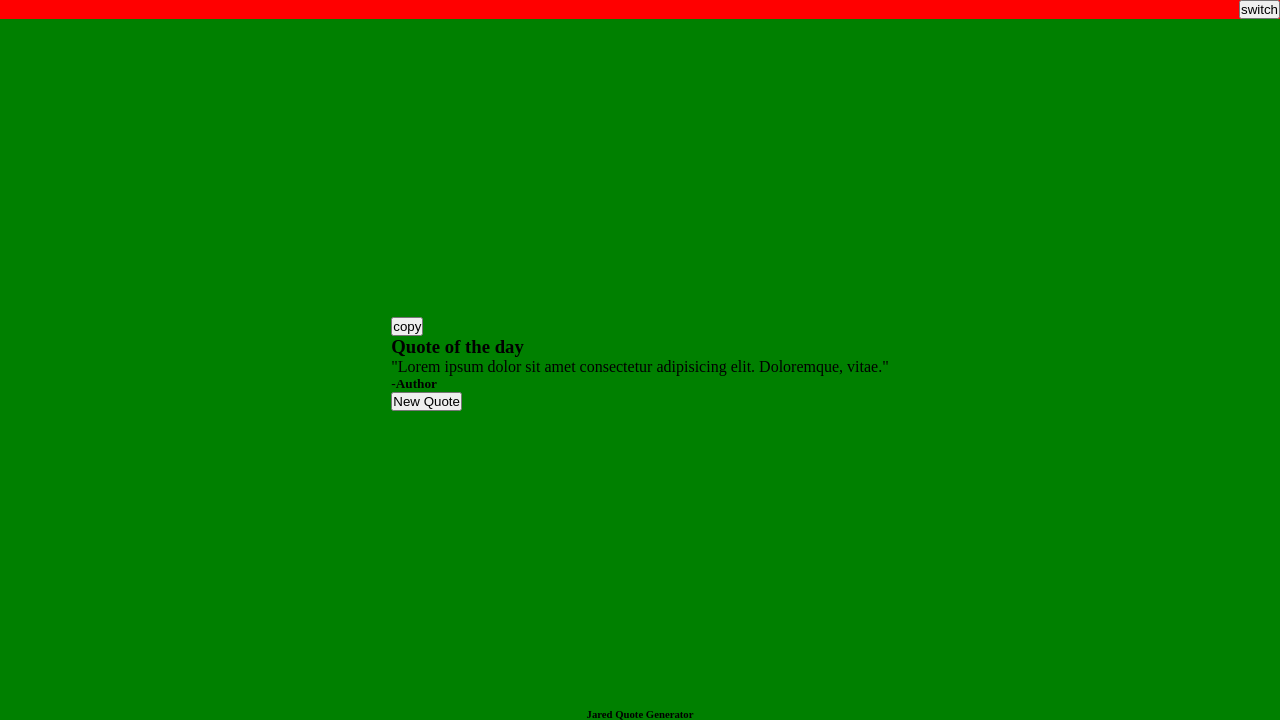
Repository: EguJaredoBoyd/Jared-Quote-Generator
Page: html/main.html
These files come from the project's save history. The page is drawn as it stood at one moment and after the next save; the edit follows.
The browser window is 1280 px wide. The pictures show the whole page.

Above is the page before, as saved 2026-01-09 00:31:28.

After the next save:
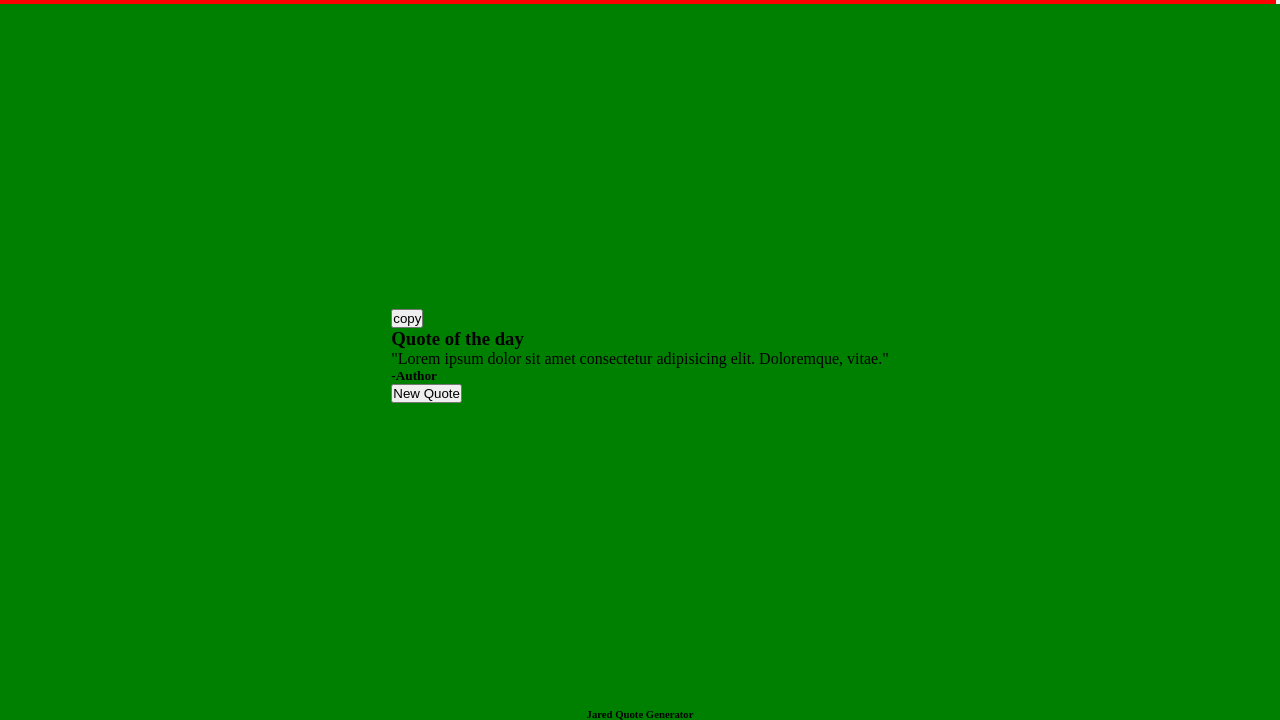
Saved 84 s later.
--- a/html/main.html
+++ b/html/main.html
@@ -10,7 +10,7 @@
   <body>
     <div class="container">
       <header>
-        <button>switch</button>
+        <button><i class="ri-sun-line"></i></button>
       </header>
       <main>
         <div>
